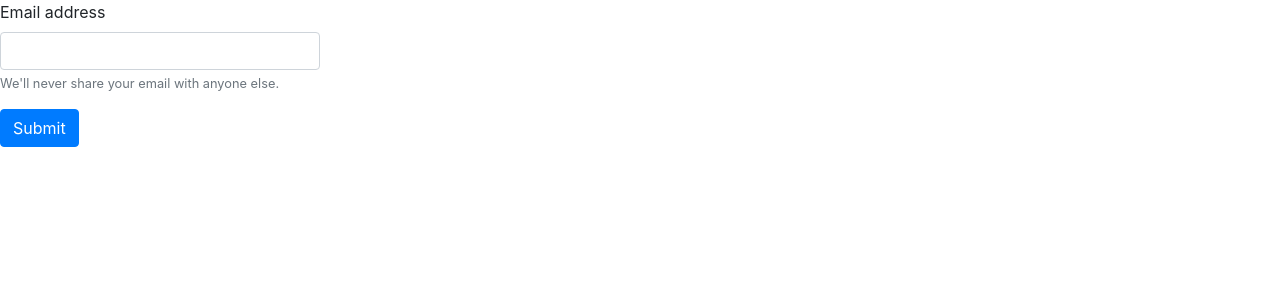
Repository: DhananjayaLakshan/PHP_CRUD_OOP1
Page: http://localhost/signup.php
The author's editor kept a copy of each file at every save. The page is drawn from the files as they stood at one save, then again after the next save.
The browser window is 1280 px wide. The pictures show the whole page.
The page is run by PHP 8.4 with error messages shown; the project is at /var/www/html/.

Above is the page before, as saved 2023-11-30 12:09:50.

After the next save:
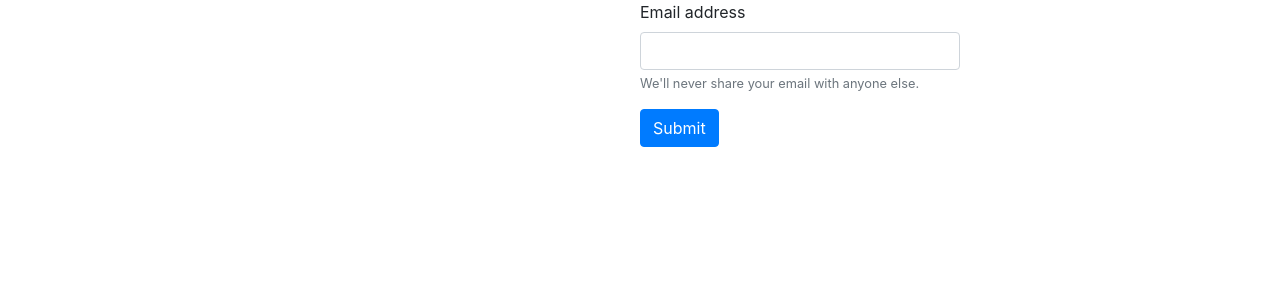
Saved 22 s later.
--- a/signup.php
+++ b/signup.php
@@ -13,7 +13,7 @@
 
 <body>
 
-    <form action="" method="post" style="width: 25%; align-items: center;">
+    <form action="" method="post" style="width: 25%; margin-left: 50%;">
         <div class="form-group">
             <label for="exampleInputEmail1">Email address</label>
             <input type="email" class="form-control" id="exampleInputEmail1" aria-describedby="emailHelp">
